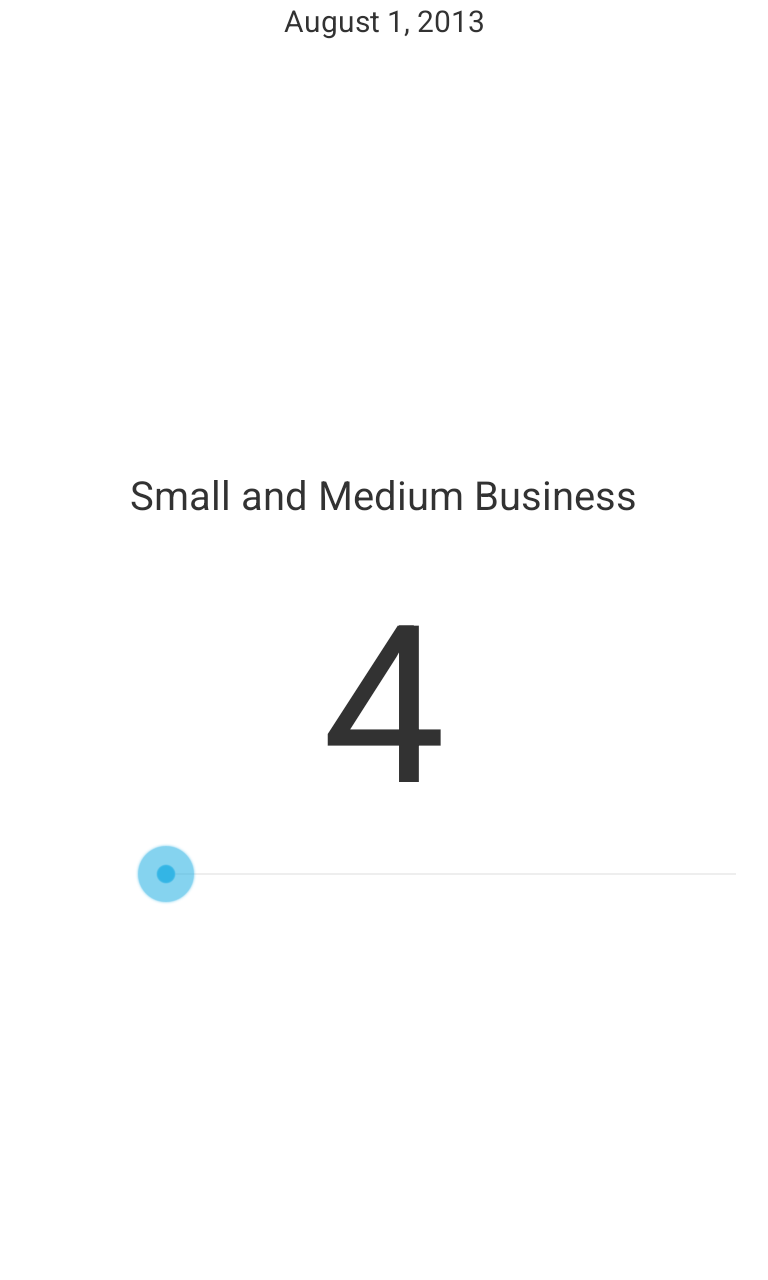
Repository: jemcphe/XCell
Layout: XCell/res/layout/smb.xml
The author's editor kept a copy of each file at every save. The layout is drawn from the files as they stood at one save, then again after the next save.
It is drawn on a 768 x 1280 px phone screen (xhdpi) without system bars, with theme Theme.Xcell; the app's code is not run.

Above is the layout before, as saved 2013-08-16 22:10:22.

After the next save:
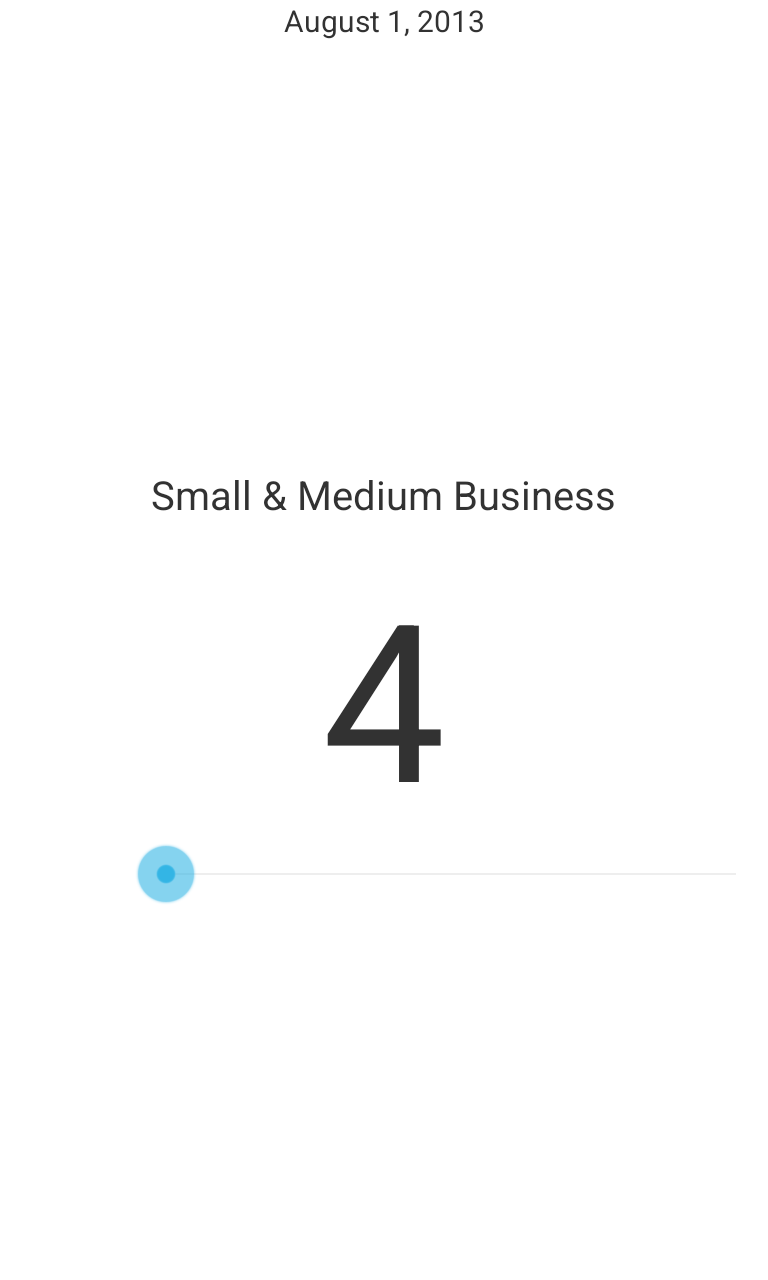
Saved 50 s later.
--- a/XCell/res/layout/smb.xml
+++ b/XCell/res/layout/smb.xml
@@ -38,7 +38,7 @@
         android:layout_above="@+id/smbValue"
         android:layout_centerHorizontal="true"
         android:layout_marginBottom="14dp"
-        android:text="Small and Medium Business"
+        android:text="Small &amp; Medium Business"
         android:textSize="20sp" />
 
 </RelativeLayout>
